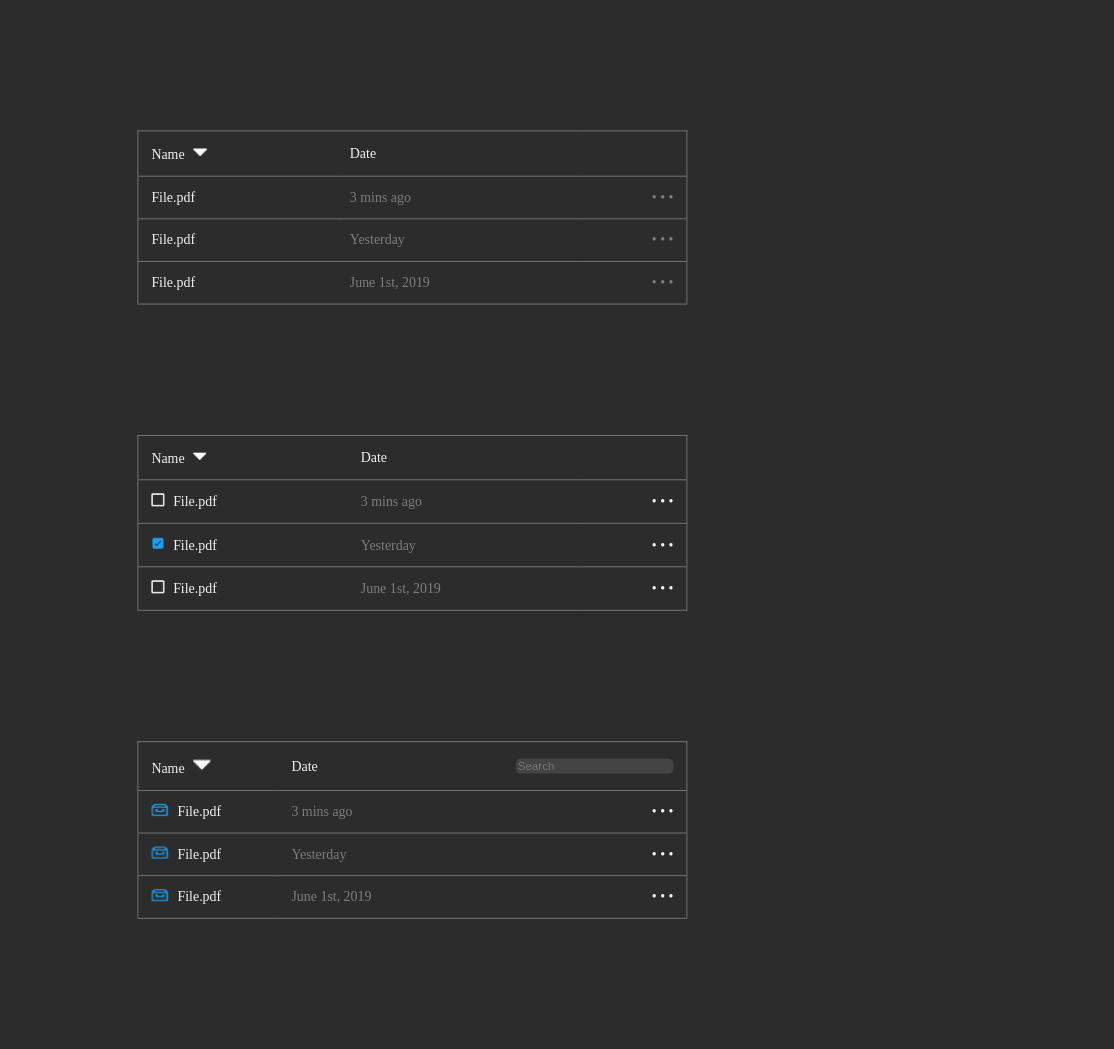
Repository: batonAnton/Hw5-table
Page: index.html
The author's editor kept a copy of each file at every save. The page is drawn from the files as they stood at one save, then again after the next save.
The browser window is 1280 px wide. The pictures show the whole page, at 87% of full size.

Above is the page before, as saved 2022-06-14 11:48:25.

### index.html
<!DOCTYPE html>
<html lang="en">
<head>
    <meta charset="UTF-8">
    <meta http-equiv="X-UA-Compatible" content="IE=edge">
    <meta name="viewport" content="width=device-width, initial-scale=1.0">
    <title>Lecture 5</title>
    <link rel="stylesheet" href="css/style.css">
</head>
<body>
    <table>
        <tr>
            <td>Name <button><img src="image/down-filled-triangular-arrow.png" alt="down-filled-triangular-arrow"></button> </td>
            <td colspan="2">Date</td>
        </tr>

        <tr>
            <td>File.pdf</td>
            <td class="gray-color">3 mins ago</td>
            <td class="right-dot gray-color">&#x2022 &#x2022 &#x2022</td>
        </tr>

        <tr>
            <td>File.pdf</td>
            <td class="gray-color">Yesterday</td>
            <td class="right-dot gray-color">&#x2022 &#x2022 &#x2022</td>
        </tr>

        <tr>
            <td>File.pdf</td>
            <td class="gray-color">June 1st, 2019</td>
            <td class="right-dot gray-color">&#x2022 &#x2022 &#x2022</td>
        </tr>
    </table>

    <table class="table2">
        <tr>
            <td>  Name <button><img src="image/down-filled-triangular-arrow.png" alt="down-filled-triangular-arrow"></button> </td>
            <td colspan="2">Date</td>
        </tr>

        <tr>
            <td> <img src="/image/checkbox (1).png" alt="">File.pdf</td>
            <td class="gray-color">3 mins ago</td>
            <td class="right-dot white-dot">&#x2022 &#x2022 &#x2022</td>
        </tr>

        <tr>
            <td><img src="/image/checkbox.png" alt="">File.pdf</td>
            <td class="gray-color">Yesterday</td>
            <td class="right-dot white-dot">&#x2022 &#x2022 &#x2022</td>
        </tr>

        <tr>
            <td><img src="/image/checkbox (1).png" alt="">File.pdf</td>
            <td class="gray-color">June 1st, 2019</td>
            <td class="right-dot white-dot">&#x2022 &#x2022 &#x2022</td>
        </tr>
    </table>

    <table class="table3">
        <tr>
            <td>  Name <button><img src="image/down-filled-triangular-arrow.png" alt="down-filled-triangular-arrow"></button> </td>
            <td>Date</td>
            <td><input type="search" placeholder="Search"></td>
        </tr>

        <tr>
            <td> <img src="/image/file-iconpng.png" alt="">File.pdf</td>
            <td class="gray-color">3 mins ago</td>
            <td class="right-dot white-dot">&#x2022 &#x2022 &#x2022</td>
        </tr>

        <tr>
            <td><img src="/image/file-iconpng.png" alt="">File.pdf</td>
            <td class="gray-color">Yesterday</td>
            <td class="right-dot white-dot">&#x2022 &#x2022 &#x2022</td>
        </tr>

        <tr>
            <td><img src="/image/file-iconpng.png" alt="">File.pdf</td>
            <td class="gray-color">June 1st, 2019</td>
            <td class="right-dot white-dot">&#x2022 &#x2022 &#x2022</td>
        </tr>
    </table>
</body>
</html>

### css/style.css
body {
  background-color: rgb(44, 44, 44);
  color: rgb(242, 242, 242);
}

table {
  border: 1px solid rgb(125, 125, 125);
  margin: 150px;
  width: 50%;
  border-collapse: collapse;
  border-spacing: 0;
}

td {
  border-bottom: 1px solid rgb(125, 125, 125);
  padding: 15px;
}

.right-dot {
  text-align: right;
}

button {
  background-color: rgb(44, 44, 44);
  border: none;
}

.gray-color {
  color: rgb(125, 125, 125);
}

.white-dot {
  color: rgb(242, 242, 242);
}

.table2 img {
  margin-right: 10px;
  width: 15px;
}
.table3 img {
  margin-right: 10px;
  width: 15px;

}

.table3 img {
  width: 20px;
}

input {
  background-color:  #444444;
  opacity: 1;
  float: right;
  border: none;
  border-radius: 5px;
}

After the next save:
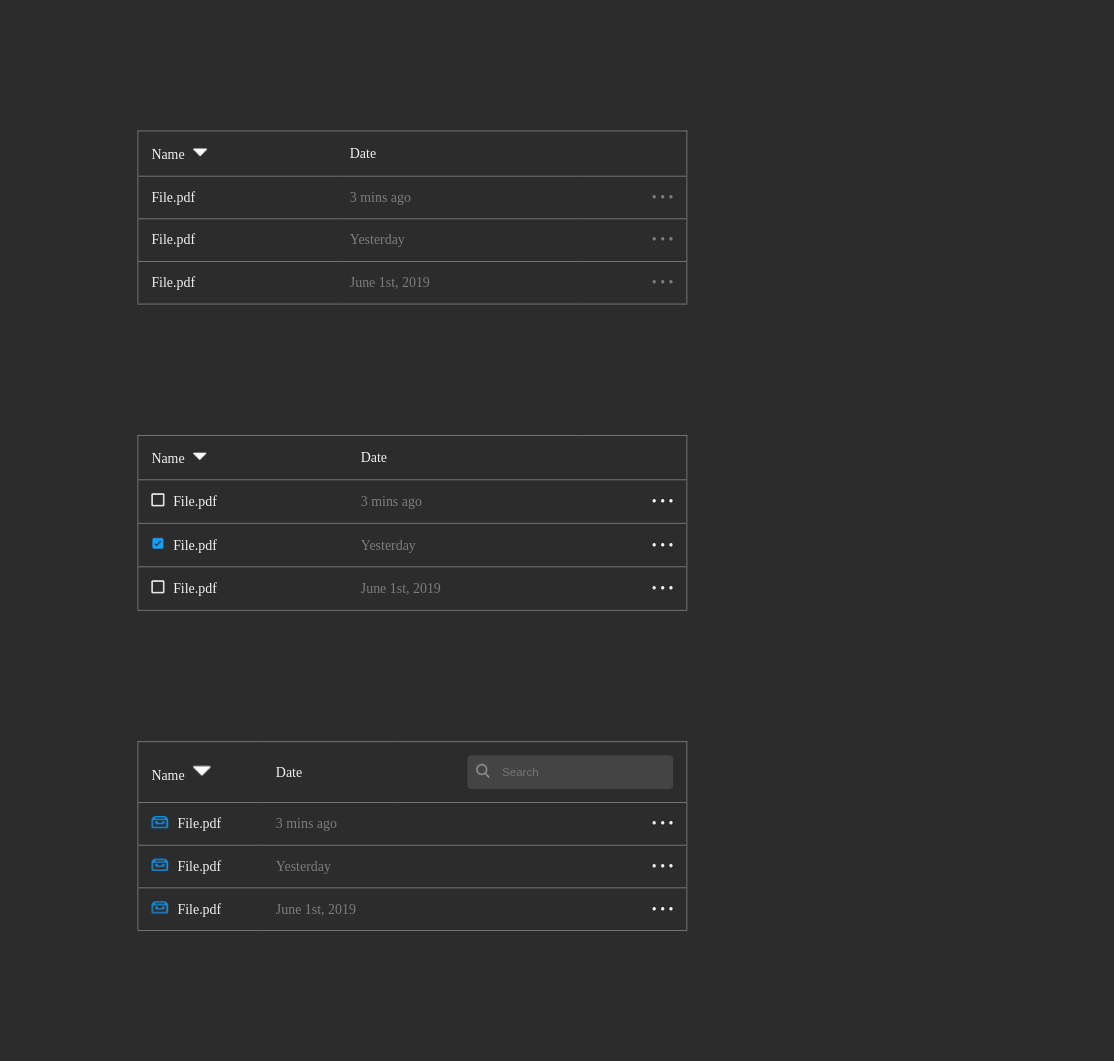
Saved 6 min 50 s later.
--- a/css/style.css
+++ b/css/style.css
@@ -40,7 +40,6 @@ button {
 .table3 img {
   margin-right: 10px;
   width: 15px;
-
 }
 
 .table3 img {
@@ -48,9 +47,13 @@ button {
 }
 
 input {
-  background-color:  #444444;
+  background-color: #444444;
   opacity: 1;
   float: right;
   border: none;
   border-radius: 5px;
+  background-image: url("/image/search.png");
+  background-position: 10px 10px;
+  background-repeat: no-repeat;
+  padding: 12px 20px 12px 40px;
 }
